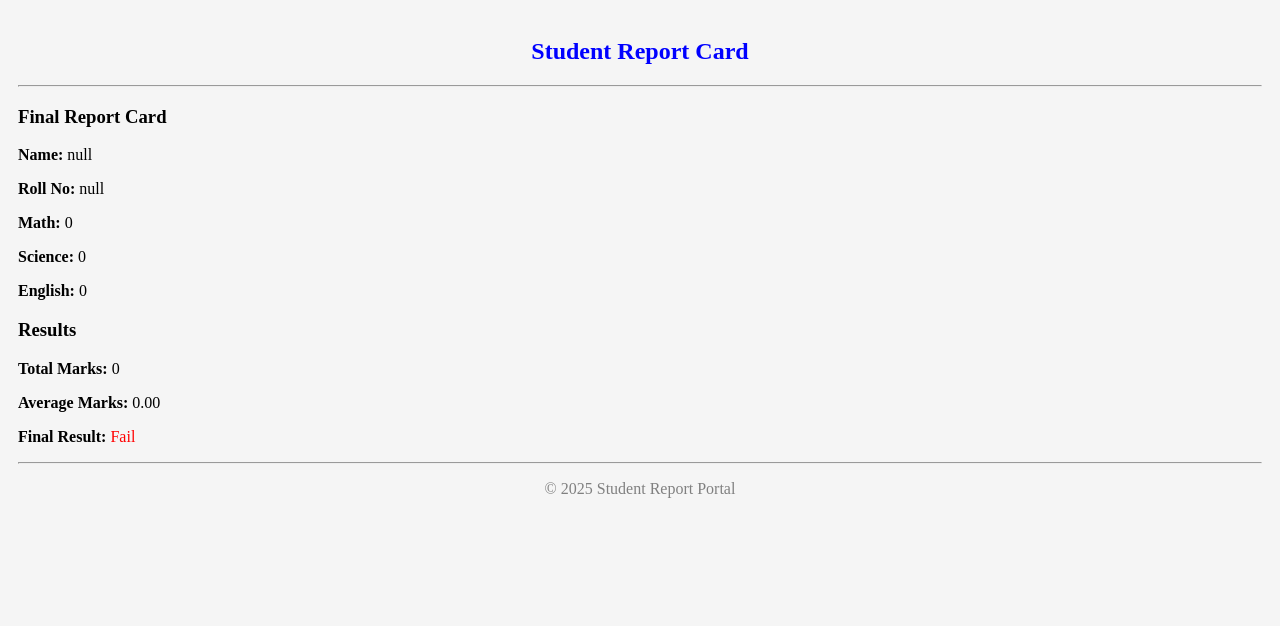
Repository: ashwinii19/Core-Java-Learning
Page: http://localhost/24-JSP/profile.jsp
The author's editor kept a copy of each file at every save. The page is drawn from the files as they stood at one save, then again after the next save.
The browser window is 1280 px wide. The pictures show the whole page.
The page is served by Tomcat 9.

Above is the page before, as saved 2025-08-20 03:32:13.

### 24-JSP/src/main/webapp/profile.jsp
<%@ page language="java" contentType="text/html; charset=ISO-8859-1"
	pageEncoding="ISO-8859-1" errorPage="error.jsp"%>
<jsp:useBean id="student" class="com.model.Student" scope="session" />
<jsp:setProperty name="student" property="*" />
<!DOCTYPE html>
<html>
<head>
<meta charset="ISO-8859-1">
<title>Profile</title>
</head>
<body>
    <jsp:include page="header.jsp"/>

    <h3>Student Profile</h3>
    Name: <jsp:getProperty name="student" property="name"/><br>
    Roll No: <jsp:getProperty name="student" property="rollNo"/><br>
    Math: <jsp:getProperty name="student" property="math"/><br>
    Science: <jsp:getProperty name="student" property="science"/><br>
    English: <jsp:getProperty name="student" property="english"/><br><br>

    <jsp:forward page="result.jsp">
        <jsp:param name="math" value="<%= student.getMath() %>"/>
        <jsp:param name="science" value="<%= student.getScience() %>"/>
        <jsp:param name="english" value="<%= student.getEnglish() %>"/>
        <jsp:param name="name" value="<%= student.getName() %>"/>
        <jsp:param name="rollNo" value="<%= student.getRollNo() %>"/>
    </jsp:forward>

    <jsp:include page="footer.jsp"/>
</body>
</html>

### 24-JSP/src/main/webapp/header.jsp
<%@ page language="java" contentType="text/html; charset=ISO-8859-1"
    pageEncoding="ISO-8859-1"%>
<!DOCTYPE html>
<html>
<head>
<meta charset="ISO-8859-1">
<title>Header</title>
</head>
<body style="background:#f5f5f5; padding:10px;">
<h2 style="color:blue; text-align:center;">Student Report Card</h2>
<hr/>
</body>
</html>

### 24-JSP/src/main/webapp/result.jsp
<%@ page language="java" contentType="text/html; charset=ISO-8859-1"
    pageEncoding="ISO-8859-1"%>
<!DOCTYPE html>
<html>
<head>
<meta charset="ISO-8859-1">
<title>Result</title>
</head>
<body>
    <jsp:include page="header.jsp"/>

    <h3>Final Report Card</h3>
    <%
        String name = request.getParameter("name");
        String rollNo = request.getParameter("rollNo");
        int math = Integer.parseInt(request.getParameter("math"));
        int science = Integer.parseInt(request.getParameter("science"));
        int english = Integer.parseInt(request.getParameter("english"));

        int total = math + science + english;
        double avg = total / 3.0;

        String status;
        if (math < 35 || science < 35 || english < 35) {
            status = "Fail";
        } else if (avg >= 90) {
            status = "A+";
        } else if (avg >= 80) {
            status = "A";
        } else if (avg >= 70) {
            status = "B";
        } else if (avg >= 60) {
            status = "C";
        } else {
            status = "Fail";
        }
    %>

    <p><strong>Name:</strong> <%= name %></p>
    <p><strong>Roll No:</strong> <%= rollNo %></p>
    <p><strong>Math:</strong> <%= math %></p>
    <p><strong>Science:</strong> <%= science %></p>
    <p><strong>English:</strong> <%= english %></p>

    <h3>Results</h3>
    <p><strong>Total Marks:</strong> <%= total %></p>
    <p><strong>Average Marks:</strong> <%= String.format("%.2f", avg) %></p>
    <p><strong>Final Result:</strong>
        <span style="color:<%= status.equals("Fail") ? "red" : "green" %>;">
            <%= status %>
        </span>
    </p>

    <jsp:include page="footer.jsp"/>
</body>
</html>

### 24-JSP/src/main/webapp/footer.jsp
<%@ page language="java" contentType="text/html; charset=ISO-8859-1"
    pageEncoding="ISO-8859-1"%>
<!DOCTYPE html>
<html>
<head>
<meta charset="ISO-8859-1">
<title>Footer</title>
</head>
<body>
<hr/>
<p style="color:gray; text-align:center;">&copy; 2025 Student Report Portal</p>
</body>
</html>

### 24-JSP/src/main/java/com/model/Student.java
package com.model;

public class Student {
	private String name;
	private String rollNo;
	private int math;
	private int science;
	private int english;

	public String getName() {
		return name;
	}

	public void setName(String name) {
		this.name = name;
	}

	public String getRollNo() {
		return rollNo;
	}

	public void setRollNo(String rollNo) {
		this.rollNo = rollNo;
	}

	public int getMath() {
		return math;
	}

	public void setMath(int math) {
		this.math = math;
	}

	public int getScience() {
		return science;
	}

	public void setScience(int science) {
		this.science = science;
	}

	public int getEnglish() {
		return english;
	}

	public void setEnglish(int english) {
		this.english = english;
	}
}

### 24-JSP/src/main/webapp/css/style.css
/* General Page Styling */
body {
    font-family: Arial, sans-serif;
    background-color: #eef2f7;
    margin: 0;
    padding: 20px;
}

/* Centered Card Container */
.container {
    max-width: 700px;
    margin: auto;
    background: #ffffff;
    padding: 25px 40px;
    border-radius: 10px;
    box-shadow: 0 4px 15px rgba(0,0,0,0.1);
}

/* Headings */
h1, h2, h3 {
    text-align: center;
    color: #2c3e50;
    margin-bottom: 15px;
}

h3 {
    margin-top: 25px;
    border-bottom: 2px solid #ccc;
    padding-bottom: 5px;
}

/* Form */
form {
    display: flex;
    flex-direction: column;
    gap: 12px;
    margin-top: 20px;
}

input[type="text"],
input[type="number"] {
    padding: 10px;
    border: 1px solid #ccc;
    border-radius: 6px;
    font-size: 14px;
}

input[type="submit"] {
    background: #3498db;
    color: white;
    border: none;
    padding: 12px;
    border-radius: 6px;
    font-size: 16px;
    cursor: pointer;
}

input[type="submit"]:hover {
    background: #2980b9;
}

/* Pass/Fail colors */
.status-pass {
    color: green;
    font-weight: bold;
}
.status-fail {
    color: red;
    font-weight: bold;
}

/* Footer */
footer {
    text-align: center;
    color: #666;
    font-size: 14px;
    margin-top: 30px;
}

After the next save:
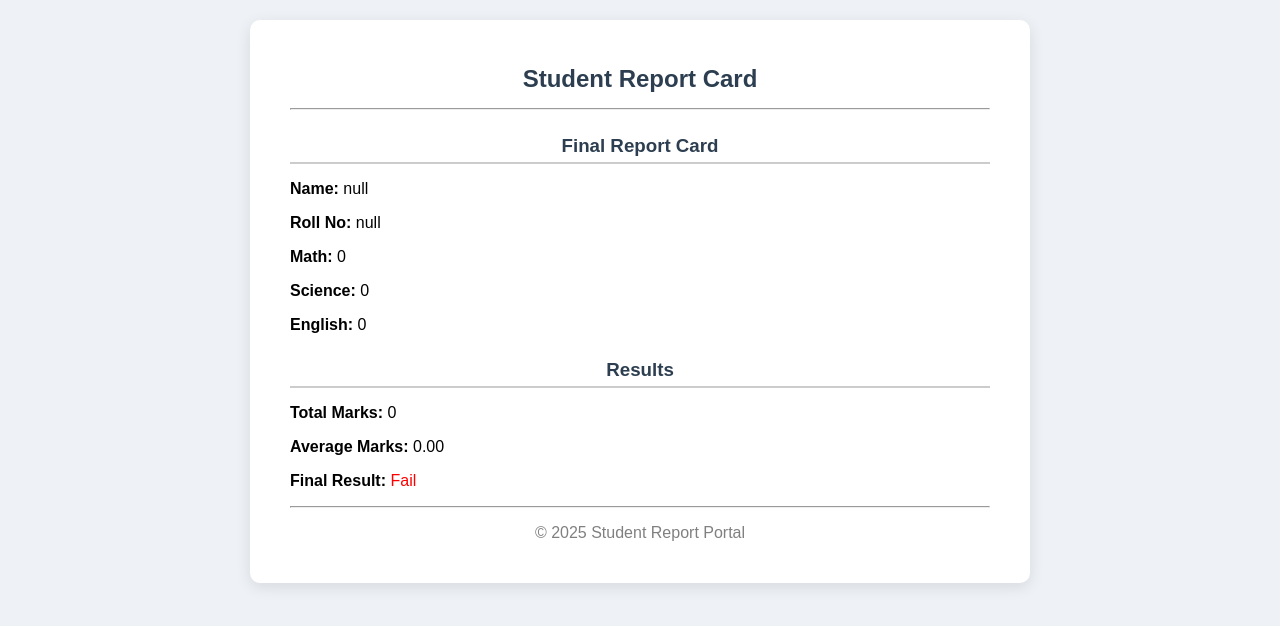
Saved 64 s later.
--- a/24-JSP/src/main/webapp/header.jsp
+++ b/24-JSP/src/main/webapp/header.jsp
@@ -1,13 +1,15 @@
 <%@ page language="java" contentType="text/html; charset=ISO-8859-1"
-    pageEncoding="ISO-8859-1"%>
+	pageEncoding="ISO-8859-1"%>
 <!DOCTYPE html>
 <html>
 <head>
 <meta charset="ISO-8859-1">
+<link rel="stylesheet" type="text/css" href="css/style.css">
 <title>Header</title>
 </head>
-<body style="background:#f5f5f5; padding:10px;">
-<h2 style="color:blue; text-align:center;">Student Report Card</h2>
-<hr/>
+<body>
+	<div class="container">
+		<h2>Student Report Card</h2>
+		<hr />
 </body>
 </html>
